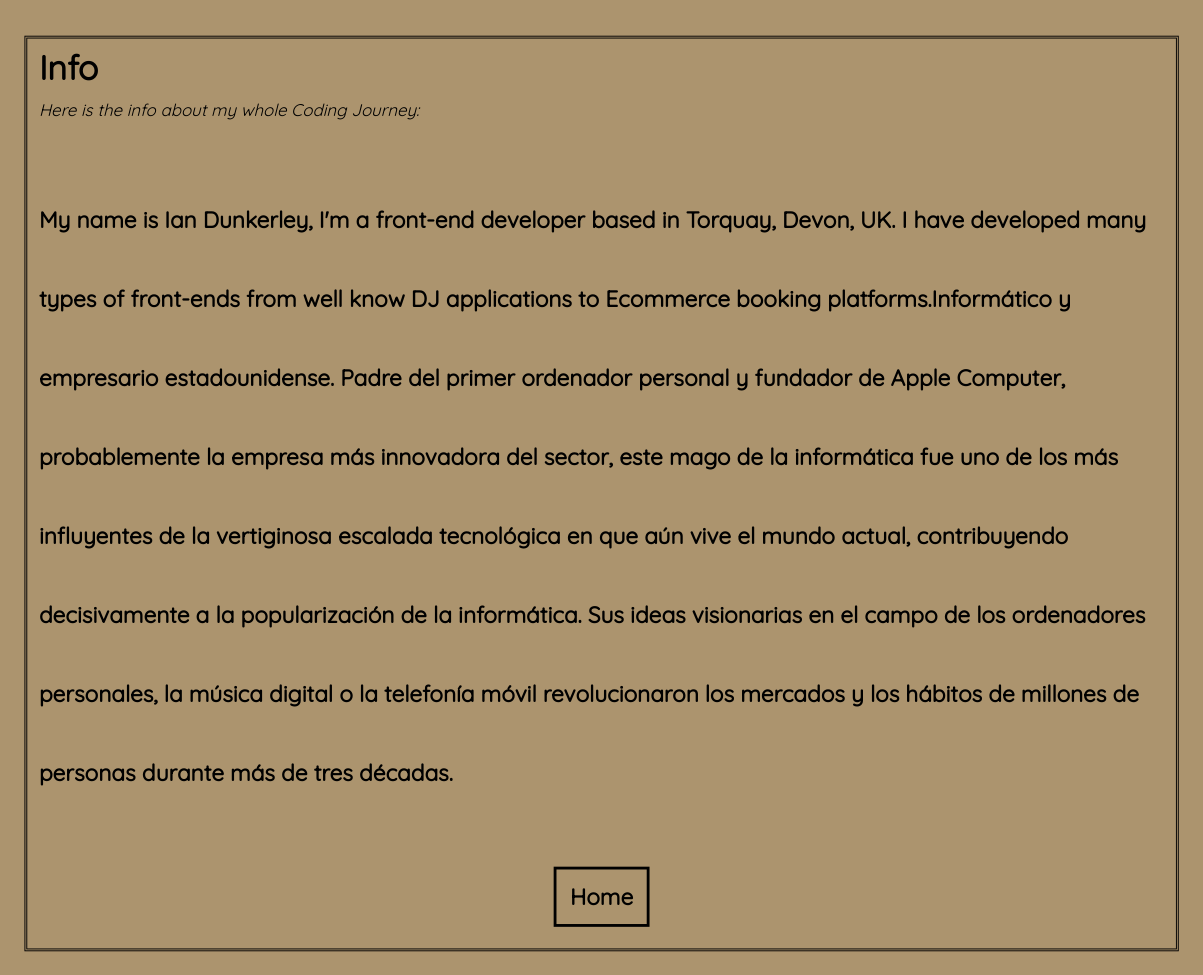
Repository: rickypcyt/ricky-react-portfolio
Page: /Info
An editor plug-in stored every save of this project. The page is shown before and after the next save, followed by the edit.
The browser window is 1280 px wide. The pictures show the whole page, at 94% of full size.
The project was rebuilt for these pictures with package versions that can differ from the ones it lists, and the page was loaded fresh each time. Also part of the build but not shown: src/Content.js, src/pages/Projects.js, src/pages/Contact.js, src/pages/WebMural.js, src/pages/NotesJS.js.

Above is the page before, as saved 2022-09-12 15:17:54.

After the next save:
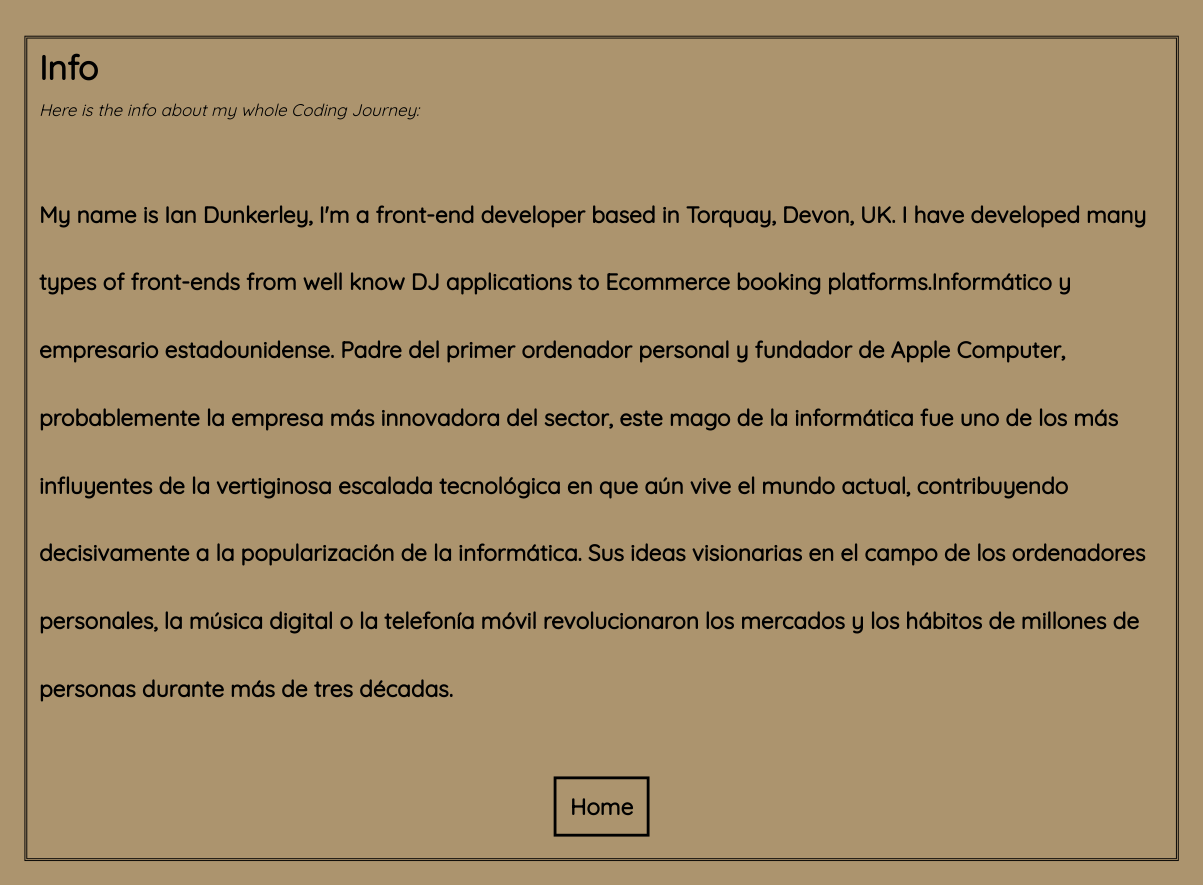
Saved 5 s later.
--- a/src/index.css
+++ b/src/index.css
@@ -164,7 +164,7 @@ ul {
 
 .homeinfo {
   font-size: x-large;
-  line-height: 350%;
+  line-height: 300%;
 }
 
 @media screen and (max-width: 1340px) {
